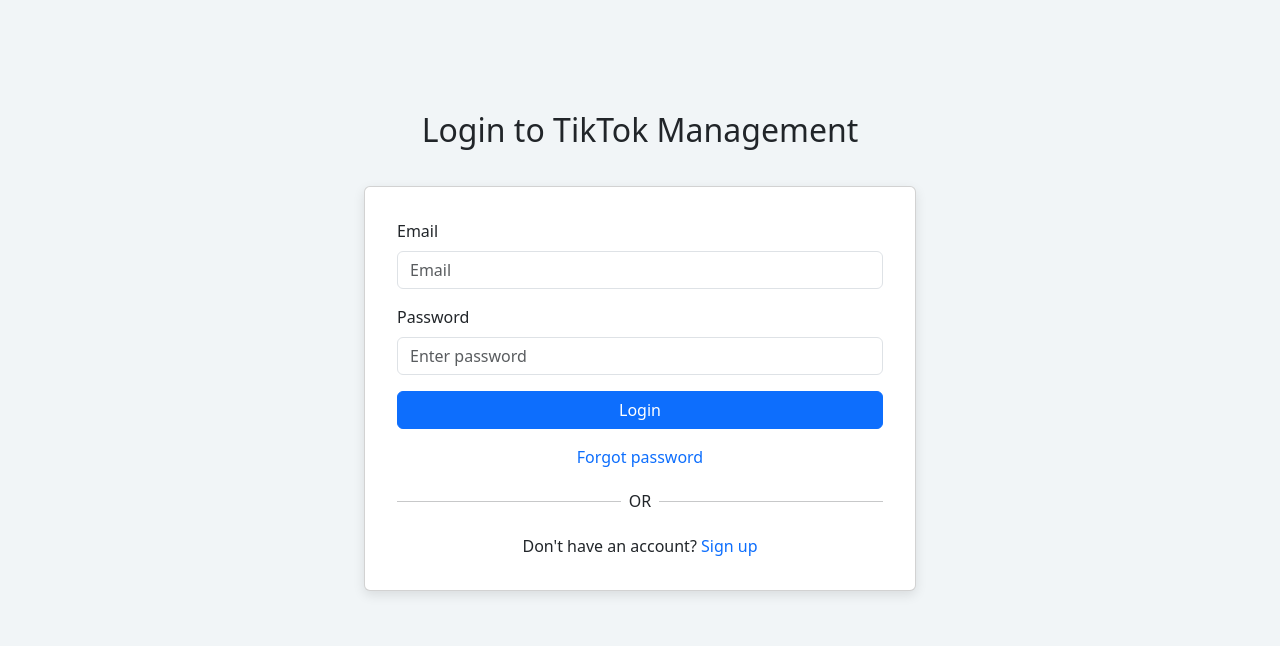
Repository: chaolaolo/tikcrm-fe
Page: /
The author's editor kept a copy of each file at every save. The page is drawn from the files as they stood at one save, then again after the next save.
The browser window is 1280 px wide. The pictures show the whole page.
The project was rebuilt for these pictures with package versions that can differ from the ones it lists, and the page was loaded fresh each time. Also part of the build but not shown: vite.config.ts, src/pages/Home/Settings.tsx, src/pages/Home/HomePage.tsx. Imported but missing from the stored project, and not drawn on this page: src/pages/Home/Dashboard, src/pages/Register/RegisterPage.

Above is the page before, as saved 2025-05-22 22:28:27.

After the next save:
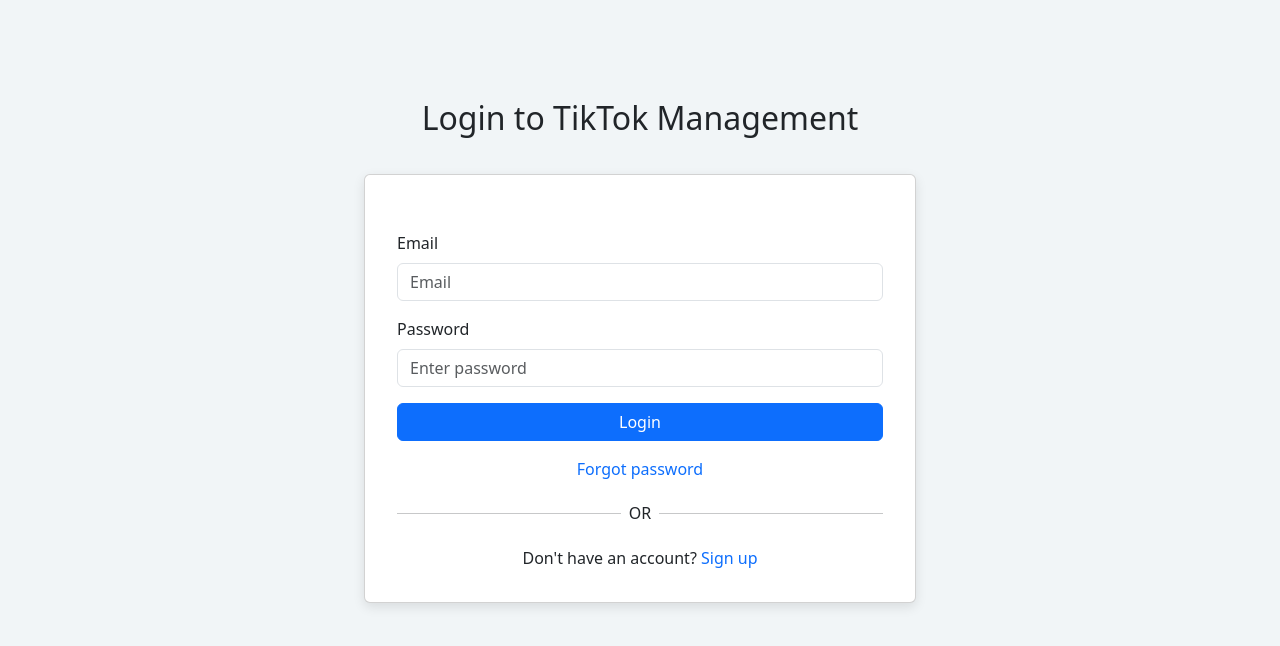
Saved 12 s later.
--- a/src/pages/Auth/LoginPage.tsx
+++ b/src/pages/Auth/LoginPage.tsx
@@ -19,7 +19,7 @@
             backgroundColor: 'white',
             boxShadow: '0 4px 12px rgba(0, 0, 0, 0.1)'
           }}>
-            <form>
+            <form className='mt-4'>
               <div className="mb-3 text-start">
                 <label htmlFor="email" className="form-label">Email</label>
                 <input

After the save that followed:
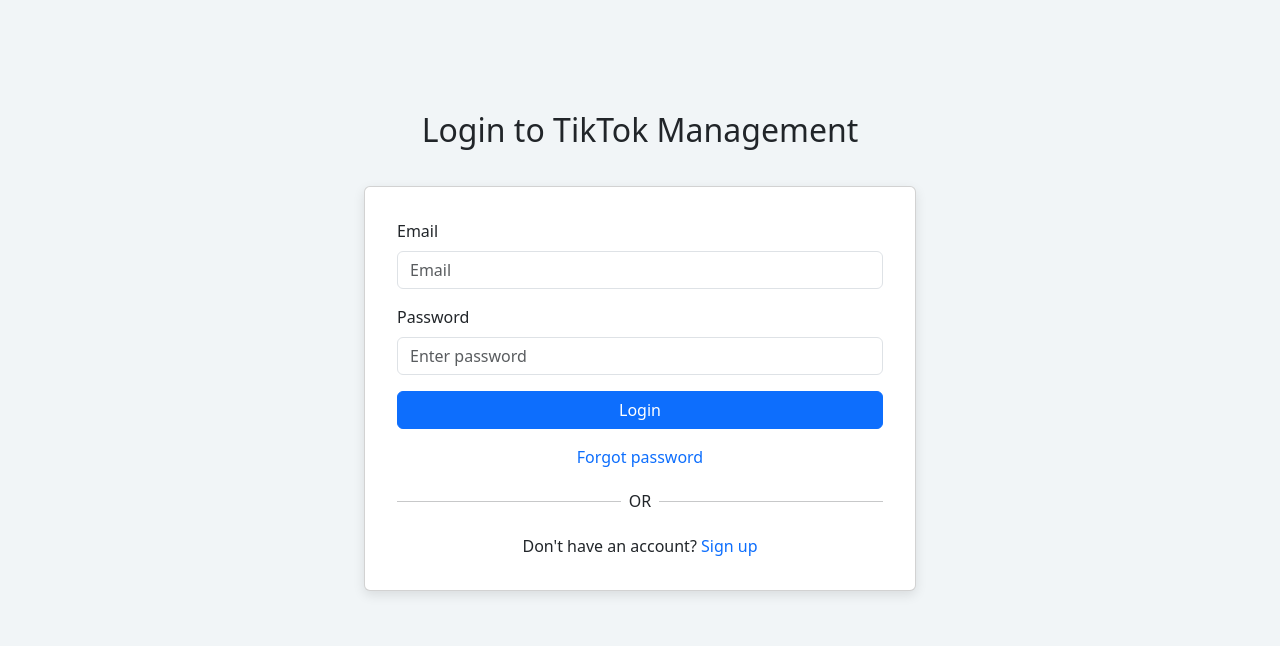
Saved 26 s later.
--- a/src/pages/Auth/LoginPage.tsx
+++ b/src/pages/Auth/LoginPage.tsx
@@ -16,10 +16,11 @@
         <div className="w-100" style={{ maxWidth: '600px', }}>
           <p className="text-center mb-8 fs-2">Login to TikTok Management</p>
           <div className="card m-4 p-8 " style={{
+            marginTop: '20px',
             backgroundColor: 'white',
             boxShadow: '0 4px 12px rgba(0, 0, 0, 0.1)'
           }}>
-            <form className='mt-4'>
+            <form>
               <div className="mb-3 text-start">
                 <label htmlFor="email" className="form-label">Email</label>
                 <input
